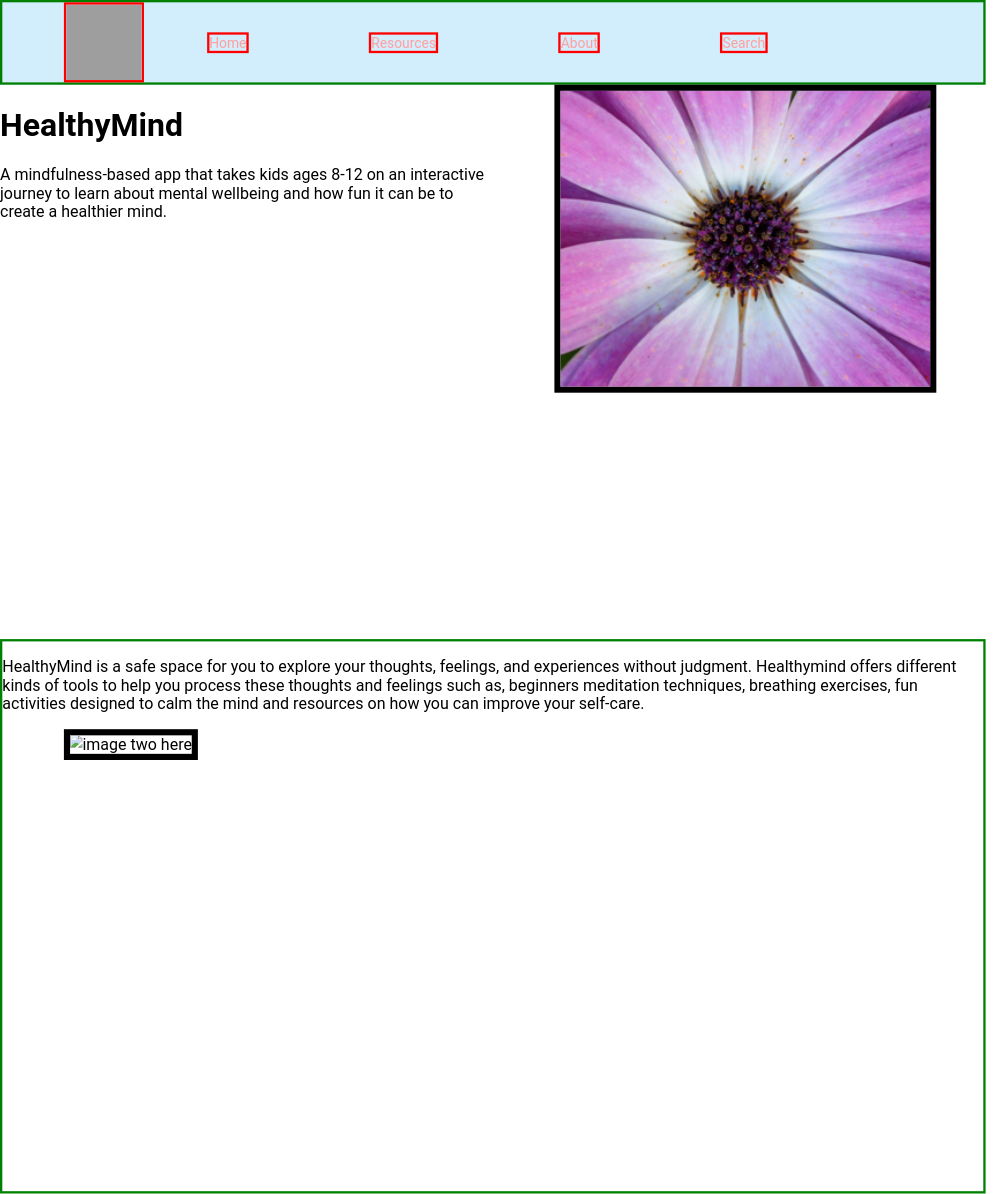
Repository: Nafisa-Huda/HealthierMind
Page: public/index.html
An editor plug-in stored every save of this project. The page is shown before and after a run of saves, followed by the edit.
The browser window is 1280 px wide. The page is 1296 px wide, so the pictures cover 1296 px, including what lies to the right of the window. The pictures show the whole page, at 77% of full size.
Pictures or frames that could not be fetched are drawn as grey boxes.

Above is the page before, as saved 2022-07-11 16:06:40.

### public/index.html
<!DOCTYPE html>
<html lang="en">
<head>
    <meta charset="UTF-8">
    <meta http-equiv="X-UA-Compatible" content="IE=edge">
    <meta name="viewport" content="width=device-width, initial-scale=1.0">
    <title>HealthyMind</title>
    <link rel="stylesheet" href="/public/style.css">
</head>
<body>
    <header>
        <div class="container row">
            <img class="logo" src="https://i.ibb.co/xLGc6jC/Healthy-Mind-logo.png" alt="healthy-mind-logo">
        <nav class="nav">
            <ul class="nav__list">
                <li class="nav__item"><a href="#" class="nav__link">Home</a></li>
                <li class="nav__item"><a href="#" class="nav__link">Resources</a></li>
                <li class="nav__item"><a href="#" class="nav__link">About</a></li>
                <li class="nav__item"><a href="#" class="nav__link">Search</a></li>
            </ul>
        </nav>
        </div>
    </header>

    <!-- <section class="hero main"> -->
        <div class="hero main ">
            <div class="hero__text">
                <h1>HealthyMind</h1>
                <p>A mindfulness-based app that takes kids ages 8-12 on an interactive journey to learn about mental wellbeing and how fun it can be to create a healthier mind. </p>
            </div>
            <div class="containerImg">
            <img class="hero__img" src="/Images/purpleflowerSmall.png" alt="image one here" srcset="">
            </div>
         </div>
    </section>

    <main class="main container">
        <section class="primary-content">
            <p>HealthyMind is a safe space for you to explore your thoughts, feelings, and experiences without judgment. Healthymind offers different kinds of tools to help you process these thoughts and feelings such as, beginners meditation techniques, breathing exercises, fun activities designed to calm the mind and resources on how you can improve your self-care.</p>
            <img class="main__img" src="" alt="image two here" srcset="">
        </section>
</main>

<script src="/public/main.js"></script>
</body>
</html>

### public/style.css
*, *::before, *::after {
    box-sizing: border-box;
}

body {
    margin: 0;
    max-width: 100%;
    font-family: 'Roboto', sans-serif;
    font-size: 1.3rem;
}
html{
  scroll-behavior: smooth;
  scroll-padding-top: (--scroll-padding,100px);
}
/*scrollbar*/
::-webkit-scrollbar{
  width: 0.7em;
}
::-webkit-scrollbar-track{
  background: antiquewhite;
}
::-webkit-scrollbar-thumb{
  background: #FFE170;
}
header{
  background-color: #d2edfc;
  height: 10%;
}
  img {
      width: 100%;
      margin: auto 5rem;
      padding
      max-height: 100%;
      border: black solid 0.5rem;
      padding: auto;
  }

/* home page */

.container {
    width: 100vw;
    margin: 0 auto;
    border: 3px green solid;
}
.main{
  height: 100vh;
}

.hero{
  display: flex;
}
  .hero__text{
    width: 50%;
  }
.row {
    display: flex;
    justify-content: space-between;
    align-items: center;
    width: 100%;
}

.logo {
    width: 5em;
    height: 5em;
    margin-right: 2em;
    border: 3px red solid;
}

.nav {
    display: flex;
    justify-content: space-between;
    align-items: center;
    flex-grow: 1;
}

.nav__list {
    margin: 0;
    padding-right: 1em;
    list-style: none;

    display: flex;
    align-items: center;

    font-size: 1rem;
}

.nav__item + .nav__item {
    margin-left: 60%;
}

.nav__link {
    border: 3px red solid;
    text-decoration: none;
    font-size: large;
    color: #FF9F9F;
}

.nav__link--button {
    padding: .25em 1em;
}

.nav__link:hover {
    opacity: .75;
}



/* activities page */

.activities-header{
  background-color: #A8E0FF;
  height: 20rem;
  width: 100%;
  border-bottom: solid #fff 4px;
}

.title{
  display: flex;
  flex-direction: column;
  align-items: center;
  padding-top: 3rem;
  color: #fff;
}


.activities-container{
  display: flex;
  flex-wrap: wrap;
  justify-content: center;
  background-color: #FFF9A6;
}

.scene {
  width: 20rem;
  height: 20rem;
  margin: 3rem;
  perspective: 600px;
}

.card {
  width: 100%;
  height: 100%;
  cursor: pointer;
  transform-style: preserve-3d;
  transform-origin: center right;
  transition: transform 1s;
}

.card.is-flipped {
  transform: translateX(-100%) rotateY(-180deg);
}

.face {
  position: absolute;
  width: 100%;
  height: 100%;
  line-height: 260px;
  color: #fff;
  text-align: center;
  font-weight: bold;
  font-size: larger;
  backface-visibility: hidden;
}

.front {
  background-color: #FF9F9F;
}

.back {
  background-color: #FF9F9F;
  transform: rotateY(180deg);
}

### public/main.js
const cards = document.querySelectorAll('.card');
[...cards].forEach((card)=>{
    card.addEventListener('click', () =>{
        card.classList.toggle('is-flipped')
    })
});

After the next 2 saves:
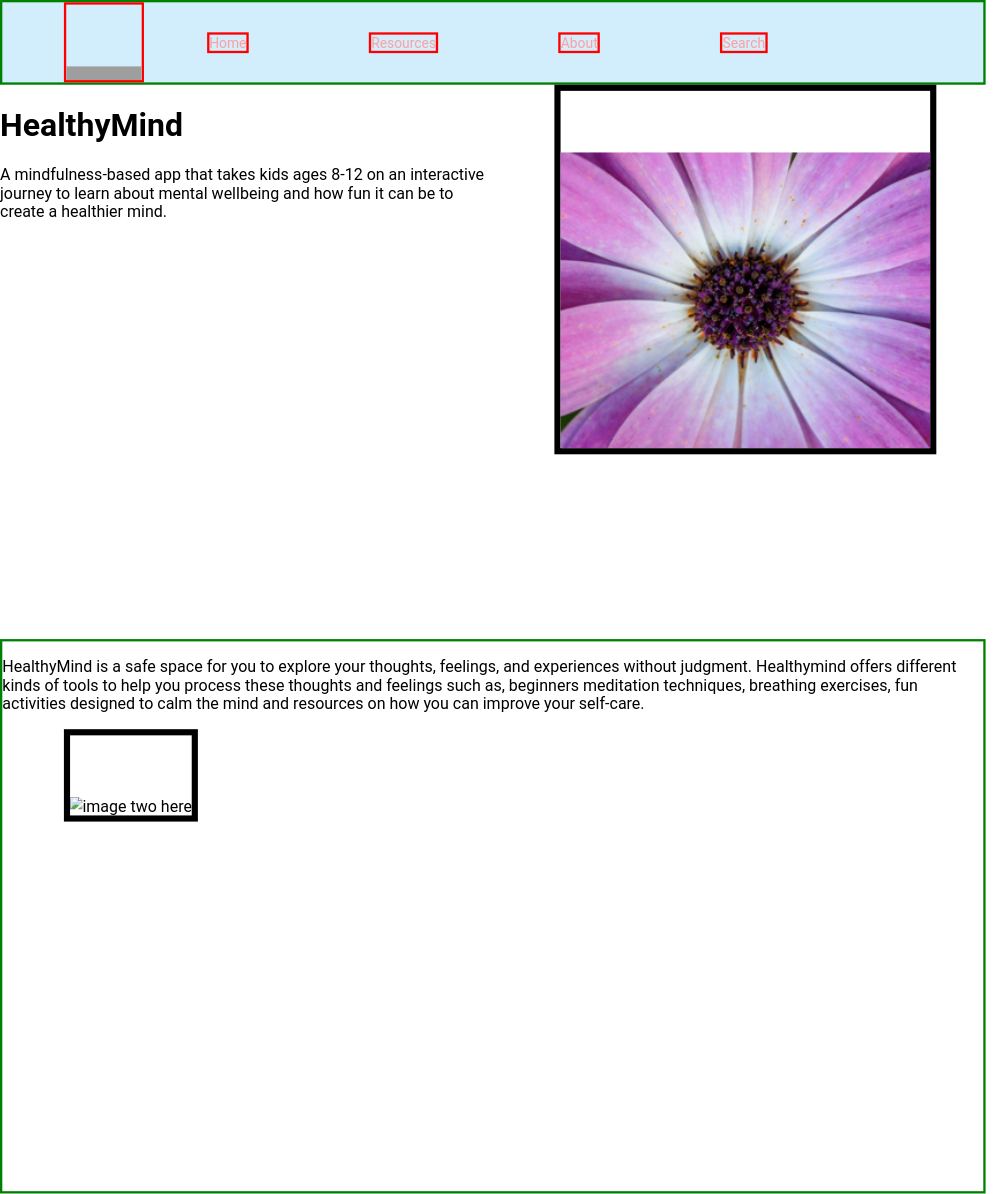
The 2 saves are shown as one change because they came seconds apart.
The last was saved 6 s later.
--- a/public/style.css
+++ b/public/style.css
@@ -29,7 +29,7 @@
   img {
       width: 100%;
       margin: auto 5rem;
-      padding
+      padding-top: 5rem;
       max-height: 100%;
       border: black solid 0.5rem;
       padding: auto;

After the save that followed:
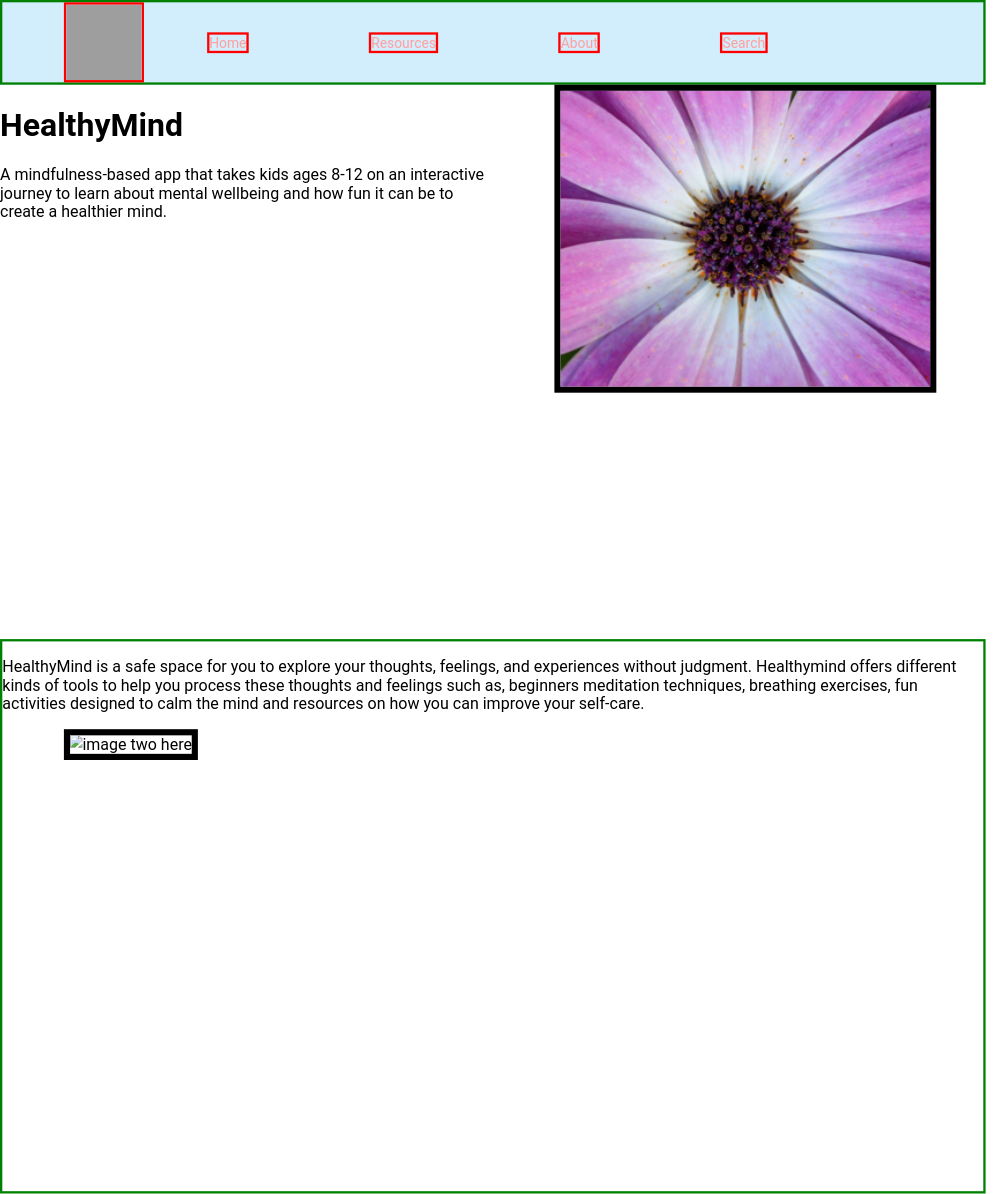
Saved 5 s later.
--- a/public/style.css
+++ b/public/style.css
@@ -29,7 +29,7 @@
   img {
       width: 100%;
       margin: auto 5rem;
-      padding-top: 5rem;
+      -top: 5rem;
       max-height: 100%;
       border: black solid 0.5rem;
       padding: auto;
